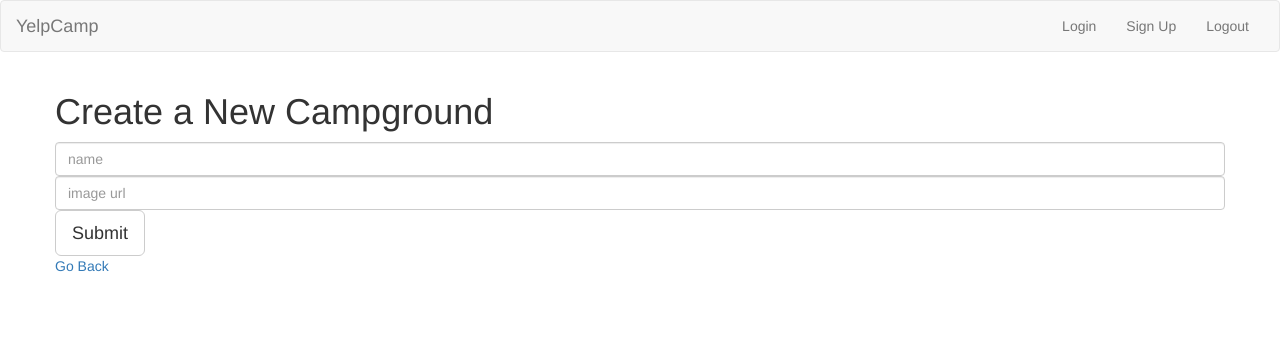
Repository: iceljc/web-development
Page: http://localhost/campgrounds/new
The author's editor kept a record of every edit. The page is drawn from the files as they stood at one moment, then again after the next edit.
The browser window is 1280 px wide. The pictures show the whole page.
The page is served by the project's Node server (YelpCamp/v1/app.js).

Above is the page before.

### YelpCamp/v1/views/new.ejs
<% include partials/header %>

<div class="container">
    <div class="row">
        <h1>Create a New Campground</h1>
        <div>
            <form action="/campgrounds" method="POST">
                <input class="form-control" type="text" name="name" placeholder="name">
                <input class="form-control" type="text" name="image" placeholder="image url">
                <button class="btn btn-lg btn-default">Submit</button>
            </form>
        </div>

        <a href="/campgrounds">Go Back</a>
    </div>
</div>



<% include partials/footer %>

### YelpCamp/v1/views/partials/header.ejs
<!DOCTYPE html>
<html>
    <head>
        <title>YelpCamp</title>
        <link rel="stylesheet" href="https://maxcdn.bootstrapcdn.com/bootstrap/3.3.5/css/bootstrap.min.css">
    </head>
    <body>
    <nav class="navbar navbar-default">
        <div class="container-fluid">
            <div class="navbar-header">
                <a class="navbar-brand" href="/">YelpCamp</a>
            </div>
            <div class="collapse navbar-collapse">
                <ul class="nav navbar-nav navbar-right">
                    <li><a href="/">Login</a></li>
                    <li><a href="/">Sign Up</a></li>
                    <li><a href="/">Logout</a></li>
                </ul>
            </div>
        </div>
    </nav>

### YelpCamp/v1/app.js
var express = require("express");
var app = express();
var bodyParser = require("body-parser");

app.use(bodyParser.urlencoded({extended: true}));
app.set("view engine", "ejs");


var campgrounds = [
        {name: "Salmon Creek", image: "https://farm9.staticflickr.com/8442/7962474612_bf2baf67c0.jpg"},
        {name: "Granite Hill", image: "https://farm1.staticflickr.com/60/215827008_6489cd30c3.jpg"},
        {name: "Mountain Goat's Rest", image: "https://farm7.staticflickr.com/6057/6234565071_4d20668bbd.jpg"},
        {name: "Salmon Creek", image: "https://farm9.staticflickr.com/8442/7962474612_bf2baf67c0.jpg"},
        {name: "Granite Hill", image: "https://farm1.staticflickr.com/60/215827008_6489cd30c3.jpg"},
        {name: "Mountain Goat's Rest", image: "https://farm7.staticflickr.com/6057/6234565071_4d20668bbd.jpg"},
        {name: "Salmon Creek", image: "https://farm9.staticflickr.com/8442/7962474612_bf2baf67c0.jpg"},
        {name: "Granite Hill", image: "https://farm1.staticflickr.com/60/215827008_6489cd30c3.jpg"},
        {name: "Mountain Goat's Rest", image: "https://farm7.staticflickr.com/6057/6234565071_4d20668bbd.jpg"}
    ];



app.get("/", function(req, res){
    res.render("landing");
});


app.get("/campgrounds", function(req, res){
    res.render("campgrounds", {campgrounds:campgrounds});
});


app.get("/campgrounds/new", function(req, res){
    res.render("new");
});


app.post("/campgrounds", function(req, res){
    // get data from form and add to campgrounds array
    var name = req.body.name;
    var image = req.body.image;
    var newCampground = {name: name, image: image};
    campgrounds.push(newCampground);
    //redirect back to campgrounds page
    res.redirect("/campgrounds");
});


app.listen(process.env.PORT, process.env.IP, function(){
   console.log("The YelpCamp Server Has Started!");
});

Loaded but not shown: YelpCamp/v1/views/partials/footer.ejs (common file)

After the next edit:
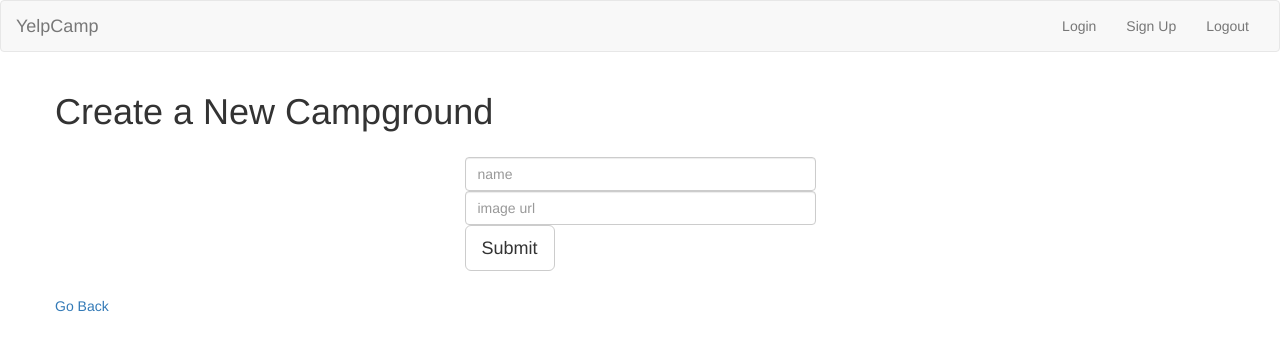
The edit:
--- a/YelpCamp/v1/views/new.ejs
+++ b/YelpCamp/v1/views/new.ejs
@@ -3,7 +3,7 @@
 <div class="container">
     <div class="row">
         <h1>Create a New Campground</h1>
-        <div>
+        <div style="width: 30%; margin: 25px auto;">
             <form action="/campgrounds" method="POST">
                 <input class="form-control" type="text" name="name" placeholder="name">
                 <input class="form-control" type="text" name="image" placeholder="image url">
